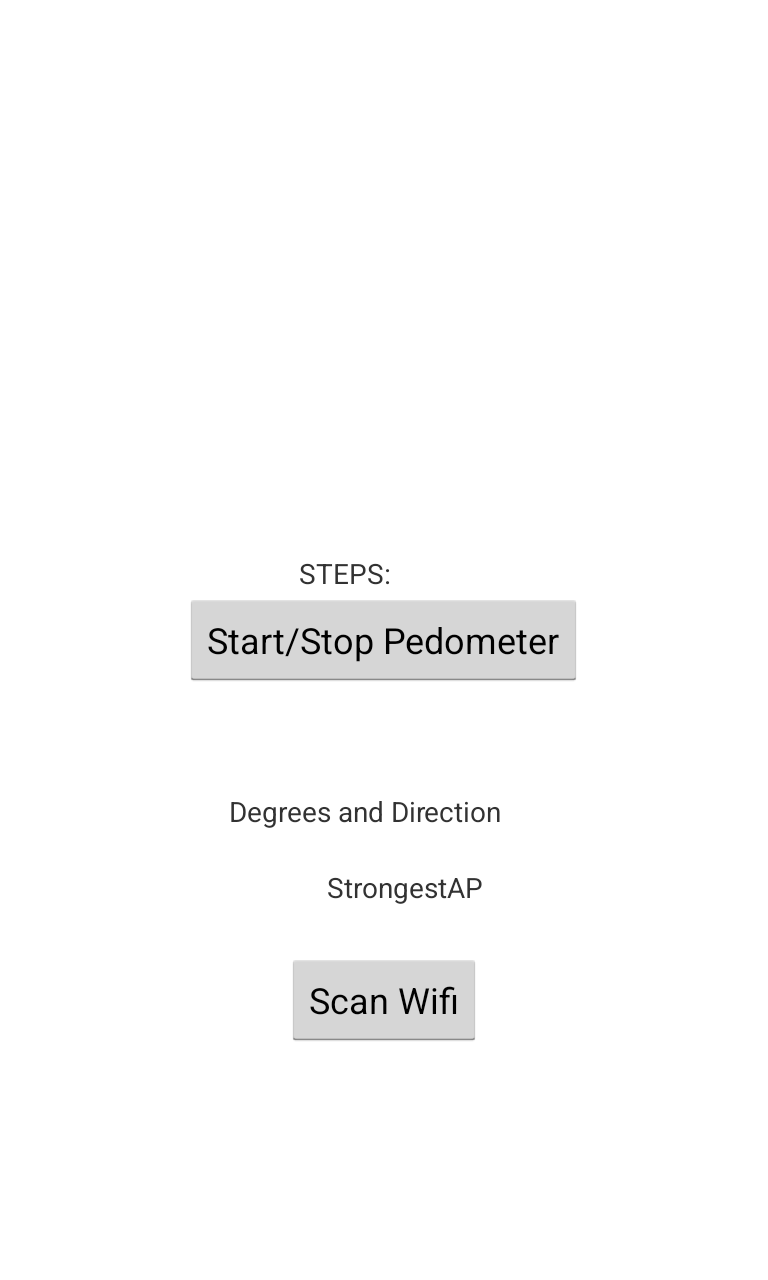
Repository: harrisonyu/Android-Pedometer
Layout: mp1/res/layout/activity_main.xml
An editor plug-in stored every save of this project. The layout is shown before and after the next save, followed by the edit.
It is drawn on a 768 x 1280 px phone screen (xhdpi) without system bars, with theme AppTheme; the app's code is not run.

Above is the layout before, as saved 2013-10-19 20:50:08.

After the next save:
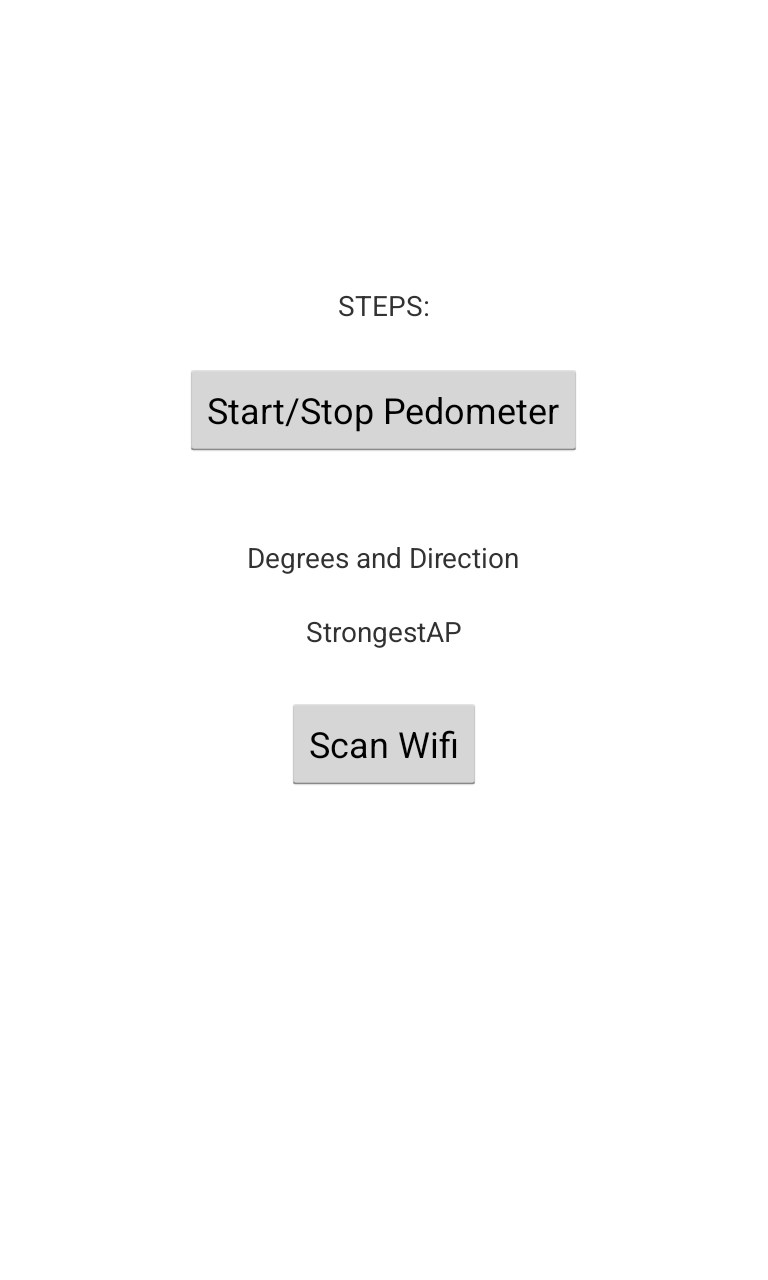
Saved 3 min 34 s later.
--- a/mp1/res/layout/activity_main.xml
+++ b/mp1/res/layout/activity_main.xml
@@ -7,23 +7,6 @@
     android:paddingRight="@dimen/activity_horizontal_margin"
     android:paddingTop="@dimen/activity_vertical_margin"
     tools:context=".MainActivity" >
-
-    <Button
-        android:id="@+id/button1"
-        android:layout_width="wrap_content"
-        android:layout_height="wrap_content"
-        android:layout_centerHorizontal="true"
-        android:layout_centerVertical="true"
-        android:text="@string/start_pedometer" />
-
-    <TextView
-        android:id="@+id/num_steps"
-        android:layout_width="wrap_content"
-        android:layout_height="wrap_content"
-        android:layout_above="@+id/button1"
-        android:layout_alignLeft="@+id/button1"
-        android:layout_marginLeft="58dp"
-        android:text="@string/steps" />
 
 <!--
      <TextView
@@ -37,25 +20,6 @@
         android:text="Magnetic Field" />
 -->
 
-    <TextView
-        android:id="@+id/direction"
-        android:layout_width="wrap_content"
-        android:layout_height="wrap_content"
-        android:layout_alignLeft="@+id/button1"
-        android:layout_below="@+id/button1"
-        android:layout_marginLeft="23dp"
-        android:layout_marginTop="52dp"
-        android:text="Degrees and Direction" />
-
-    <TextView
-        android:id="@+id/wifi"
-        android:layout_width="wrap_content"
-        android:layout_height="wrap_content"
-        android:layout_alignRight="@+id/button2"
-        android:layout_below="@+id/direction"
-        android:layout_marginTop="19dp"
-        android:text="StrongestAP" />
-
     <Button
         android:id="@+id/button2"
         android:layout_width="wrap_content"
@@ -65,4 +29,40 @@
         android:layout_marginTop="23dp"
         android:text="Scan Wifi" />
 
+    <TextView
+        android:id="@+id/direction"
+        android:layout_width="wrap_content"
+        android:layout_height="wrap_content"
+        android:layout_below="@+id/button1"
+        android:layout_centerHorizontal="true"
+        android:layout_marginTop="40dp"
+        android:text="Degrees and Direction" />
+
+    <TextView
+        android:id="@+id/wifi"
+        android:layout_width="wrap_content"
+        android:layout_height="wrap_content"
+        android:layout_below="@+id/direction"
+        android:layout_centerHorizontal="true"
+        android:layout_marginTop="18dp"
+        android:text="StrongestAP" />
+
+    <Button
+        android:id="@+id/button1"
+        android:layout_width="wrap_content"
+        android:layout_height="wrap_content"
+        android:layout_alignParentTop="true"
+        android:layout_centerHorizontal="true"
+        android:layout_marginTop="165dp"
+        android:text="@string/start_pedometer" />
+
+    <TextView
+        android:id="@+id/num_steps"
+        android:layout_width="wrap_content"
+        android:layout_height="wrap_content"
+        android:layout_alignBottom="@+id/button1"
+        android:layout_centerHorizontal="true"
+        android:layout_marginBottom="67dp"
+        android:text="@string/steps" />
+
 </RelativeLayout>
